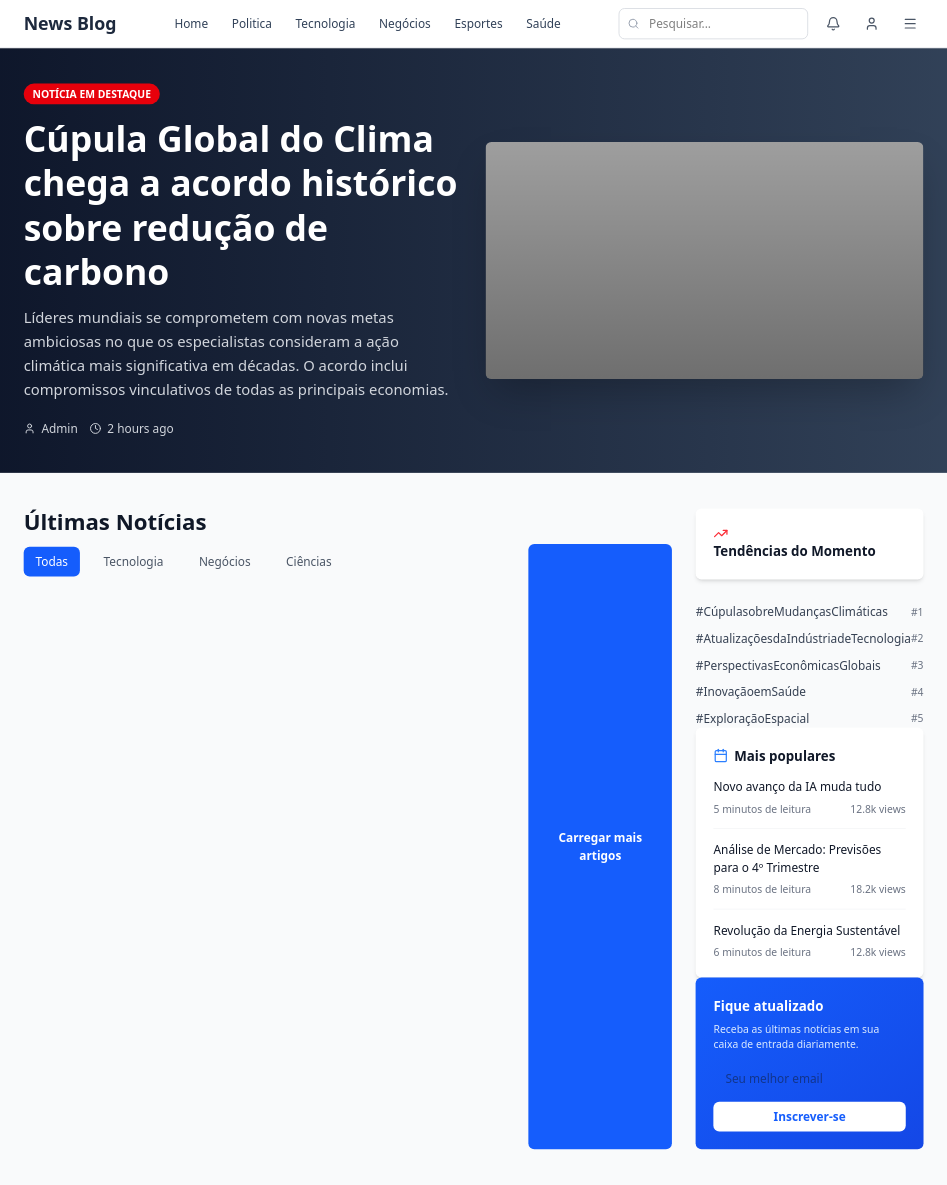
Repository: estevam02009/news-blog
Page: /
These files come from the project's save history. The page is drawn as it stood at one moment and after the next save; the edit follows.
The browser window is 1280 px wide. The pictures show the whole page, at 74% of full size.
Pictures or frames that could not be fetched are drawn as grey boxes. The project was rebuilt for these pictures with package versions that can differ from the ones it lists, and the page was loaded fresh each time. Also part of the build but not shown: vite.config.ts.

Above is the page before, as saved 2025-08-08 19:17:37.

After the next save:
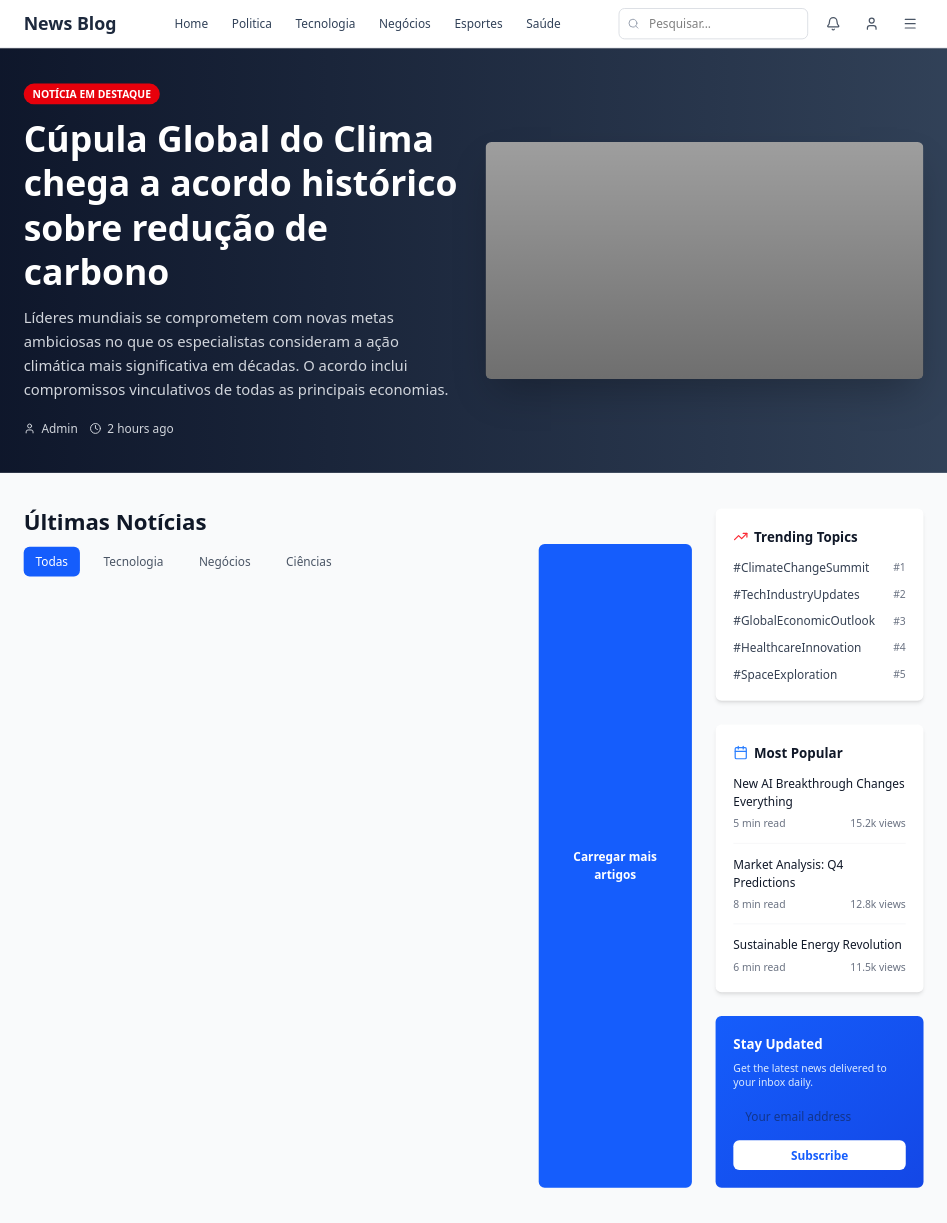
Saved 34 s later.
--- a/src/components/Sidebar.tsx
+++ b/src/components/Sidebar.tsx
@@ -1,92 +1,94 @@
-import { TrendingUp, Calendar } from "lucide-react";
-import React from "react";
+import React from 'react';
+import { TrendingUp, Calendar } from 'lucide-react';
 
 const Sidebar: React.FC = () => {
+    const trendingTopics = [
+        'Climate Change Summit',
+        'Tech Industry Updates',
+        'Global Economic Outlook',
+        'Healthcare Innovation',
+        'Space Exploration',
+    ];
 
-    const trendingTopics = [
-        'Cúpula sobre Mudanças Climáticas',
-        'Atualizações da Indústria de Tecnologia',
-        'Perspectivas Econômicas Globais',
-        'Inovação em Saúde',
-        'Exploração Espacial',
-    ]
 
     const popularArticles = [
         {
-            title: 'Novo avanço da IA muda tudo',
-            readTime: '5 minutos de leitura',
+            title: 'New AI Breakthrough Changes Everything',
+            readTime: '5 min read',
+            views: '15.2k'
+        },
+        {
+            title: 'Market Analysis: Q4 Predictions',
+            readTime: '8 min read',
             views: '12.8k'
         },
         {
-            title: 'Análise de Mercado: Previsões para o 4º Trimestre',
-            readTime: '8 minutos de leitura',
-            views: '18.2k'
-        },
-        {
-            title: 'Revolução da Energia Sustentável',
-            readTime: '6 minutos de leitura',
-            views: '12.8k'
-        },
-    ]
+            title: 'Sustainable Energy Revolution',
+            readTime: '6 min read',
+            views: '11.5k'
+        }
+    ];
 
     return (
         <aside className="lg:w-80">
             <div className="space-y-8">
                 {/* Trending Topics */}
                 <div className="bg-white rounded-lg shadow-md p-6">
-                    <TrendingUp className="h-5 w-5 text-red-500" />
-                    <h3 className="text-lg font-semibold text-gray-900">Tendências do Momento</h3>
+                    <div className="flex items-center space-x-2 mb-4">
+                        <TrendingUp className="h-5 w-5 text-red-500" />
+                        <h3 className="text-lg font-semibold text-gray-900">Trending Topics</h3>
+                    </div>
+                    <div className="space-y-3">
+                        {trendingTopics.map((topic, index) => (
+                            <div key={index} className="flex items-center justify-between">
+                                <span className="text-gray-700 hover:text-blue-600 cursor-pointer transition-colors">
+                                    #{topic.replace(/\s+/g, '')}
+                                </span>
+                                <span className="text-sm text-gray-500">#{index + 1}</span>
+                            </div>
+                        ))}
+                    </div>
                 </div>
-                <div className="space-y-3">
-                    {trendingTopics.map((topic, index) => (
-                        <div key={index} className="flex items-center justify-between">
-                            <span className="text-gray-700 hover:text-blue-600 cursor-pointer transition-colors">
-                                #{topic.replace(/\s+/g, '')}
-                            </span>
-                            <span className="text-sm text-gray-500">#{index + 1}</span>
-                        </div>
-                    ))}
+
+                {/* Popular Articles */}
+                <div className="bg-white rounded-lg shadow-md p-6">
+                    <div className="flex items-center space-x-2 mb-4">
+                        <Calendar className="h-5 w-5 text-blue-500" />
+                        <h3 className="text-lg font-semibold text-gray-900">Most Popular</h3>
+                    </div>
+                    <div className="space-y-4">
+                        {popularArticles.map((article, index) => (
+                            <div key={index} className="border-b border-gray-100 last:border-b-0 pb-4 last:pb-0">
+                                <h4 className="font-medium text-gray-900 hover:text-blue-600 cursor-pointer transition-colors mb-2">
+                                    {article.title}
+                                </h4>
+                                <div className="flex items-center justify-between text-sm text-gray-500">
+                                    <span>{article.readTime}</span>
+                                    <span>{article.views} views</span>
+                                </div>
+                            </div>
+                        ))}
+                    </div>
                 </div>
-            </div>
 
-            {/* Popular Articles */}
-            <div className="bg-white rounded-lg shadow-md p-6">
-                <div className="flex items-center space-x-2 mb-4">
-                    <Calendar className="h-5 w-5 text-blue-500" />
-                    <h3 className="text-lg font-semibold text-gray-900">Mais populares</h3>
-                </div>
-                <div className="space-y-4">
-                    {popularArticles.map((article, index) => (
-                        <div key={index} className="border-b border-gray-100 last:border-b-0 pb-4 last:pb-0">
-                            <h4 className="font-medium text-gray-900 hover:text-blue-600 cursor-pointer transition-colors mb-2">
-                                {article.title}
-                            </h4>
-                            <div className="flex items-center justify-between text-sm text-gray-500">
-                                <span>{article.readTime}</span>
-                                <span>{article.views} views</span>
-                            </div>
-                        </div>
-                    ))}
-                </div>
-            </div>
-
-            {/* Newsletter Signup */}
-            <div className="bg-gradient-to-br from-blue-600 to-blue-700 text-white rounded-lg p-6">
-                <h3 className="text-lg font-semibold mb-2">Fique atualizado</h3>
-                <p className="text-blue-100 mb-4 text-sm">Receba as últimas notícias em sua caixa de entrada diariamente.</p>
-                <div className="space-y-3">
-                    <input
-                        type="email"
-                        placeholder="Seu melhor email"
-                        className="w-full px-4 py-2 rounded-lg text-gray-900 focus:ring-2 focus:ring-blue-300"
-                    />
-                    <button className="w-full bg-white text-blue-600 font-semibold py-2 px-4 rounded-lg hover:bg-gray-100 transition-colors">
-                        Inscrever-se
-                    </button>
+                {/* Newsletter Signup */}
+                <div className="bg-gradient-to-br from-blue-600 to-blue-700 text-white rounded-lg p-6">
+                    <h3 className="text-lg font-semibold mb-2">Stay Updated</h3>
+                    <p className="text-blue-100 mb-4 text-sm">Get the latest news delivered to your inbox daily.</p>
+                    <div className="space-y-3">
+                        <input
+                            type="email"
+                            placeholder="Your email address"
+                            className="w-full px-4 py-2 rounded-lg text-gray-900 focus:ring-2 focus:ring-blue-300"
+                        />
+                        <button className="w-full bg-white text-blue-600 font-semibold py-2 px-4 rounded-lg hover:bg-gray-100 transition-colors">
+                            Subscribe
+                        </button>
+                    </div>
                 </div>
             </div>
         </aside>
     );
 };
 
-export default Sidebar
+export default Sidebar;

After the save that followed:
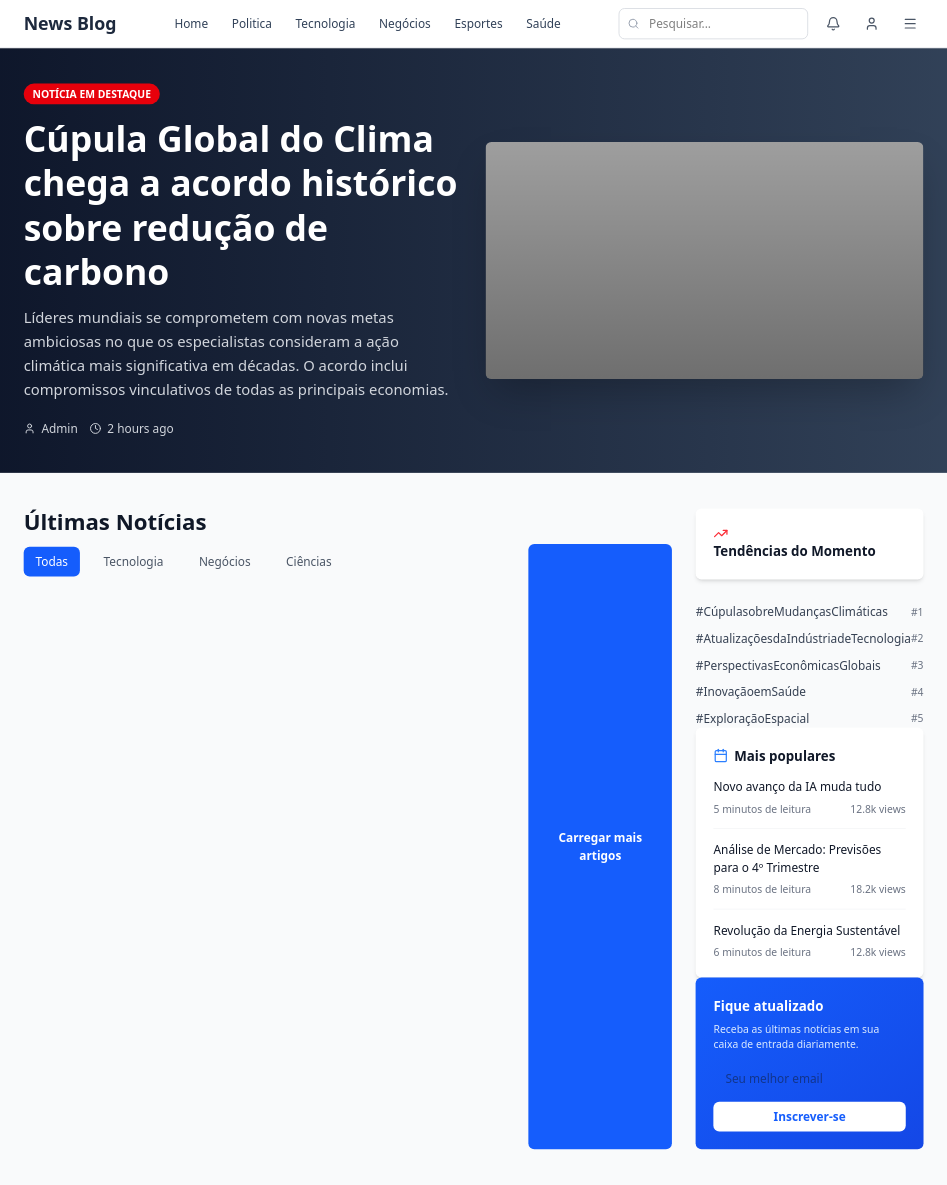
Saved 43 s later.
--- a/src/components/Sidebar.tsx
+++ b/src/components/Sidebar.tsx
@@ -1,94 +1,92 @@
-import React from 'react';
-import { TrendingUp, Calendar } from 'lucide-react';
+import { TrendingUp, Calendar } from "lucide-react";
+import React from "react";
 
 const Sidebar: React.FC = () => {
+
     const trendingTopics = [
-        'Climate Change Summit',
-        'Tech Industry Updates',
-        'Global Economic Outlook',
-        'Healthcare Innovation',
-        'Space Exploration',
-    ];
-
+        'Cúpula sobre Mudanças Climáticas',
+        'Atualizações da Indústria de Tecnologia',
+        'Perspectivas Econômicas Globais',
+        'Inovação em Saúde',
+        'Exploração Espacial',
+    ]
 
     const popularArticles = [
         {
-            title: 'New AI Breakthrough Changes Everything',
-            readTime: '5 min read',
-            views: '15.2k'
-        },
-        {
-            title: 'Market Analysis: Q4 Predictions',
-            readTime: '8 min read',
+            title: 'Novo avanço da IA muda tudo',
+            readTime: '5 minutos de leitura',
             views: '12.8k'
         },
         {
-            title: 'Sustainable Energy Revolution',
-            readTime: '6 min read',
-            views: '11.5k'
-        }
-    ];
+            title: 'Análise de Mercado: Previsões para o 4º Trimestre',
+            readTime: '8 minutos de leitura',
+            views: '18.2k'
+        },
+        {
+            title: 'Revolução da Energia Sustentável',
+            readTime: '6 minutos de leitura',
+            views: '12.8k'
+        },
+    ]
 
     return (
         <aside className="lg:w-80">
             <div className="space-y-8">
                 {/* Trending Topics */}
                 <div className="bg-white rounded-lg shadow-md p-6">
-                    <div className="flex items-center space-x-2 mb-4">
-                        <TrendingUp className="h-5 w-5 text-red-500" />
-                        <h3 className="text-lg font-semibold text-gray-900">Trending Topics</h3>
-                    </div>
-                    <div className="space-y-3">
-                        {trendingTopics.map((topic, index) => (
-                            <div key={index} className="flex items-center justify-between">
-                                <span className="text-gray-700 hover:text-blue-600 cursor-pointer transition-colors">
-                                    #{topic.replace(/\s+/g, '')}
-                                </span>
-                                <span className="text-sm text-gray-500">#{index + 1}</span>
+                    <TrendingUp className="h-5 w-5 text-red-500" />
+                    <h3 className="text-lg font-semibold text-gray-900">Tendências do Momento</h3>
+                </div>
+                <div className="space-y-3">
+                    {trendingTopics.map((topic, index) => (
+                        <div key={index} className="flex items-center justify-between">
+                            <span className="text-gray-700 hover:text-blue-600 cursor-pointer transition-colors">
+                                #{topic.replace(/\s+/g, '')}
+                            </span>
+                            <span className="text-sm text-gray-500">#{index + 1}</span>
+                        </div>
+                    ))}
+                </div>
+            </div>
+
+            {/* Popular Articles */}
+            <div className="bg-white rounded-lg shadow-md p-6">
+                <div className="flex items-center space-x-2 mb-4">
+                    <Calendar className="h-5 w-5 text-blue-500" />
+                    <h3 className="text-lg font-semibold text-gray-900">Mais populares</h3>
+                </div>
+                <div className="space-y-4">
+                    {popularArticles.map((article, index) => (
+                        <div key={index} className="border-b border-gray-100 last:border-b-0 pb-4 last:pb-0">
+                            <h4 className="font-medium text-gray-900 hover:text-blue-600 cursor-pointer transition-colors mb-2">
+                                {article.title}
+                            </h4>
+                            <div className="flex items-center justify-between text-sm text-gray-500">
+                                <span>{article.readTime}</span>
+                                <span>{article.views} views</span>
                             </div>
-                        ))}
-                    </div>
+                        </div>
+                    ))}
                 </div>
+            </div>
 
-                {/* Popular Articles */}
-                <div className="bg-white rounded-lg shadow-md p-6">
-                    <div className="flex items-center space-x-2 mb-4">
-                        <Calendar className="h-5 w-5 text-blue-500" />
-                        <h3 className="text-lg font-semibold text-gray-900">Most Popular</h3>
-                    </div>
-                    <div className="space-y-4">
-                        {popularArticles.map((article, index) => (
-                            <div key={index} className="border-b border-gray-100 last:border-b-0 pb-4 last:pb-0">
-                                <h4 className="font-medium text-gray-900 hover:text-blue-600 cursor-pointer transition-colors mb-2">
-                                    {article.title}
-                                </h4>
-                                <div className="flex items-center justify-between text-sm text-gray-500">
-                                    <span>{article.readTime}</span>
-                                    <span>{article.views} views</span>
-                                </div>
-                            </div>
-                        ))}
-                    </div>
-                </div>
-
-                {/* Newsletter Signup */}
-                <div className="bg-gradient-to-br from-blue-600 to-blue-700 text-white rounded-lg p-6">
-                    <h3 className="text-lg font-semibold mb-2">Stay Updated</h3>
-                    <p className="text-blue-100 mb-4 text-sm">Get the latest news delivered to your inbox daily.</p>
-                    <div className="space-y-3">
-                        <input
-                            type="email"
-                            placeholder="Your email address"
-                            className="w-full px-4 py-2 rounded-lg text-gray-900 focus:ring-2 focus:ring-blue-300"
-                        />
-                        <button className="w-full bg-white text-blue-600 font-semibold py-2 px-4 rounded-lg hover:bg-gray-100 transition-colors">
-                            Subscribe
-                        </button>
-                    </div>
+            {/* Newsletter Signup */}
+            <div className="bg-gradient-to-br from-blue-600 to-blue-700 text-white rounded-lg p-6">
+                <h3 className="text-lg font-semibold mb-2">Fique atualizado</h3>
+                <p className="text-blue-100 mb-4 text-sm">Receba as últimas notícias em sua caixa de entrada diariamente.</p>
+                <div className="space-y-3">
+                    <input
+                        type="email"
+                        placeholder="Seu melhor email"
+                        className="w-full px-4 py-2 rounded-lg text-gray-900 focus:ring-2 focus:ring-blue-300"
+                    />
+                    <button className="w-full bg-white text-blue-600 font-semibold py-2 px-4 rounded-lg hover:bg-gray-100 transition-colors">
+                        Inscrever-se
+                    </button>
                 </div>
             </div>
         </aside>
     );
 };
 
-export default Sidebar;
+export default Sidebar
